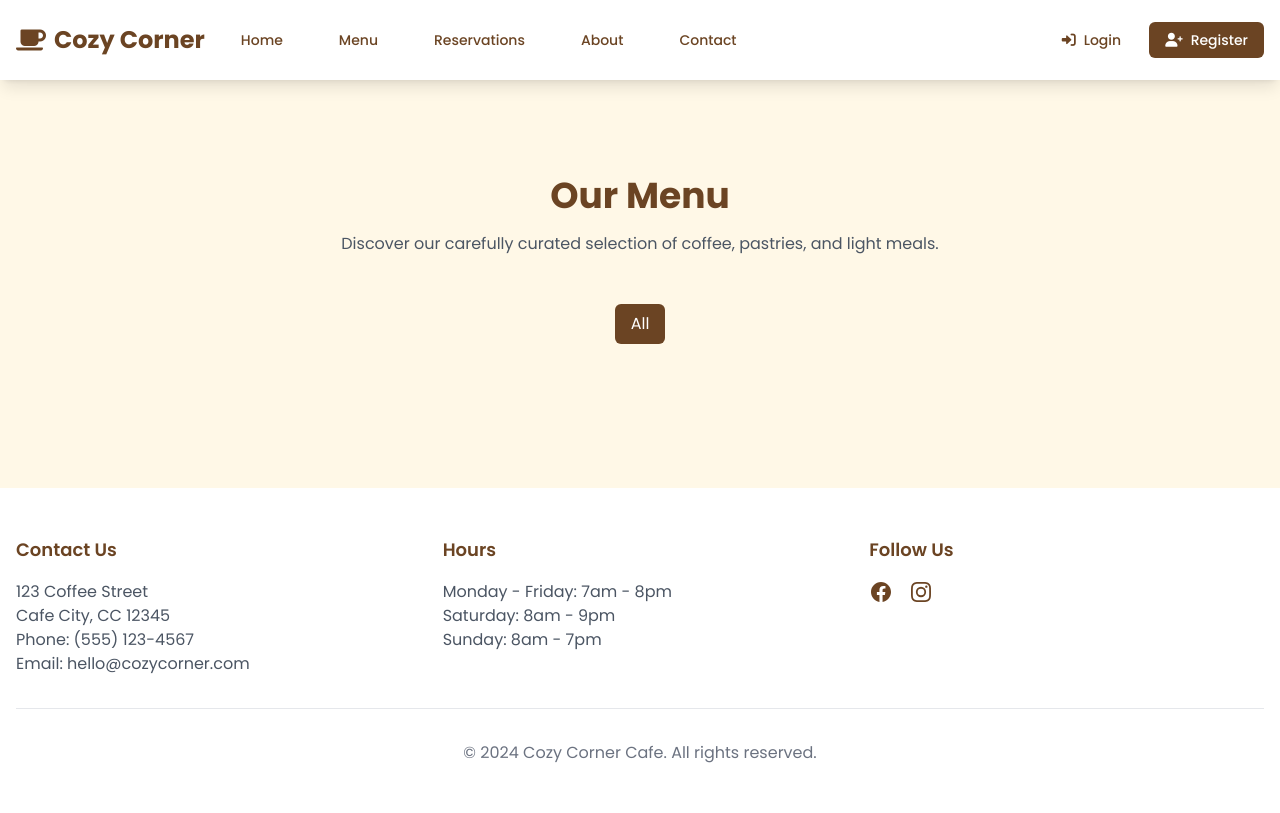
Repository: Aryansin1234/cafe-website
Page: http://localhost/menu.php
The author's editor kept a copy of each file at every save. The page is drawn from the files as they stood at one save, then again after the next save.
The browser window is 1280 px wide. The pictures show the whole page.
Some web libraries are served in a nearby version. The page is run by PHP 8.4 with error messages shown; the project is at /var/www/html/. Queries for data that is not in the repository find no rows.

Above is the page before, as saved 2025-04-10 14:35:37.

After the next save:
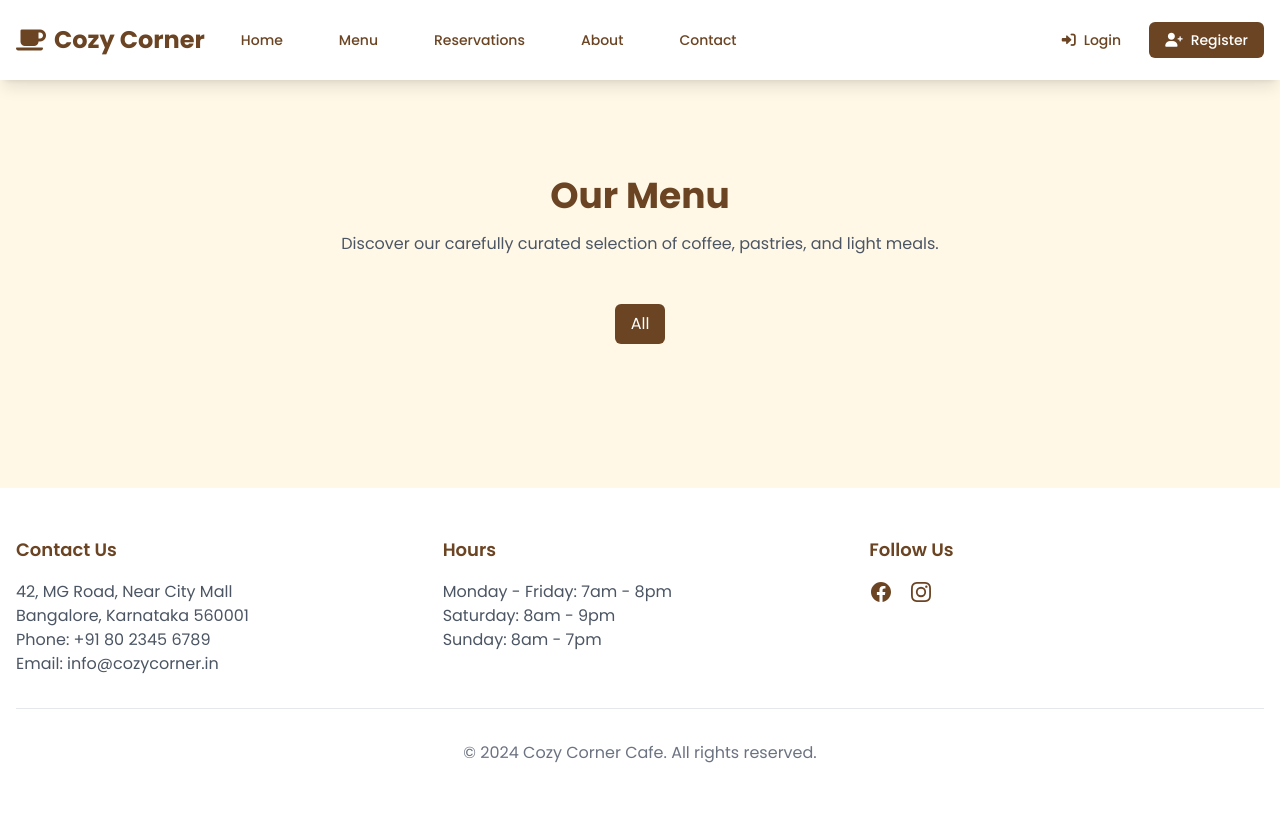
Saved 20 s later.
--- a/partials/footer.php
+++ b/partials/footer.php
@@ -4,10 +4,10 @@
             <div class="grid grid-cols-1 md:grid-cols-3 gap-8">
                 <div>
                     <h3 class="text-lg font-semibold text-cafe-brown mb-4">Contact Us</h3>
-                    <p class="text-gray-600">123 Coffee Street</p>
-                    <p class="text-gray-600">Cafe City, CC 12345</p>
-                    <p class="text-gray-600">Phone: (555) 123-4567</p>
-                    <p class="text-gray-600">Email: hello@cozycorner.com</p>
+                    <p class="text-gray-600">42, MG Road, Near City Mall</p>
+                    <p class="text-gray-600">Bangalore, Karnataka 560001</p>
+                    <p class="text-gray-600">Phone: +91 80 2345 6789</p>
+                    <p class="text-gray-600">Email: info@cozycorner.in</p>
                 </div>
                 <div>
                     <h3 class="text-lg font-semibold text-cafe-brown mb-4">Hours</h3>
